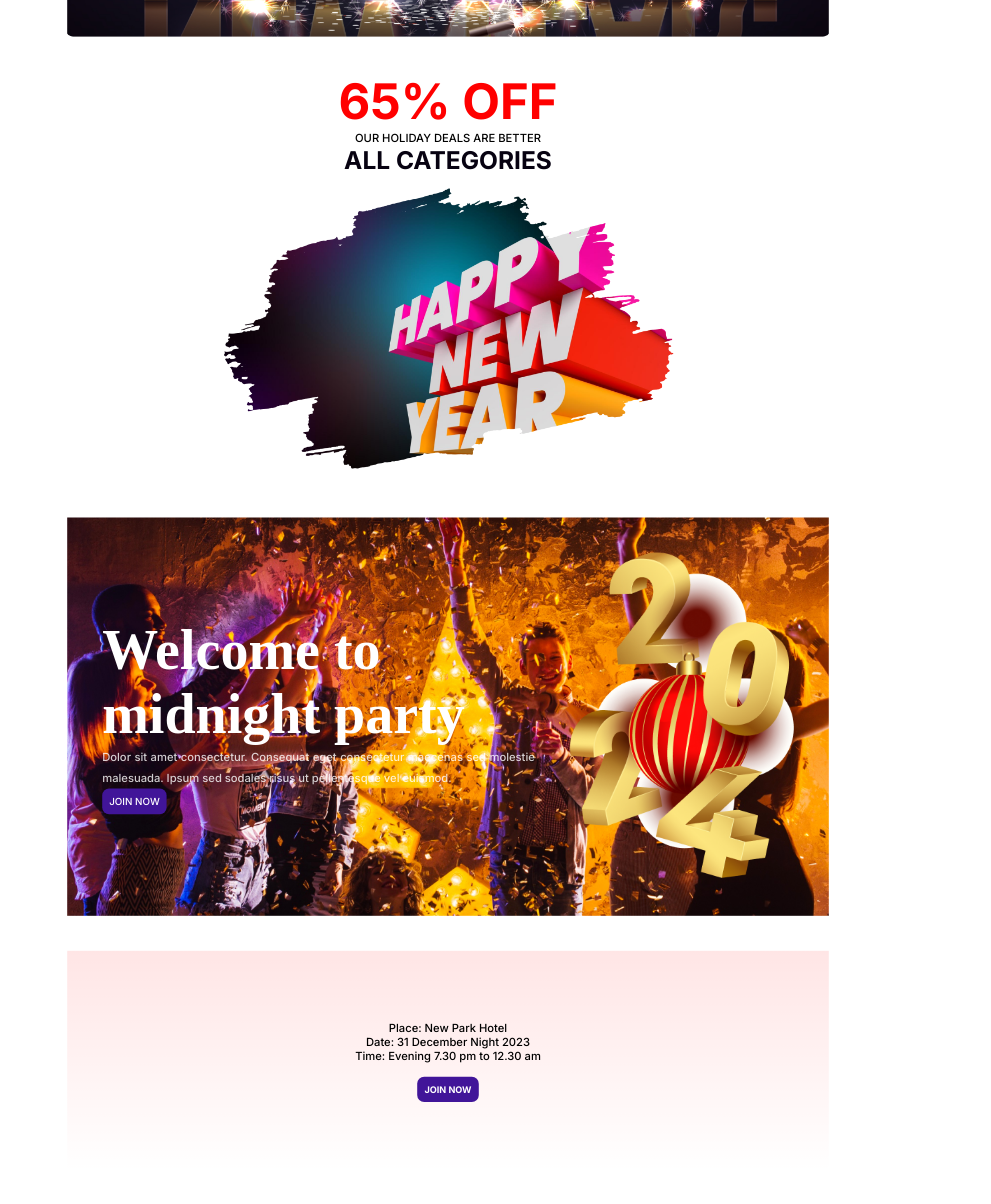
Repository: sumonkumarsarkar/new-year-2024
Page: index.html
An editor plug-in stored every save of this project. The page is shown before and after the next save, followed by the edit.
The browser window is 1280 px wide. The page is 1416 px wide, so the pictures cover 1416 px, including what lies to the right of the window. The pictures show the part of the page from y = 495 to 2215 px (the page is 5332 px tall before and 5292 px after), at 70% of full size.

Above is the page before, as saved 2024-01-08 19:57:15.

### index.html
<!DOCTYPE html>
<html lang="en">
  <head>
    <meta charset="UTF-8" />
    <meta name="viewport" content="width=device-width, initial-scale=1.0" />
    <title>Happy Nwe Year-2024</title>
    <link rel="preconnect" href="https://fonts.googleapis.com" />
    <link rel="preconnect" href="https://fonts.gstatic.com" crossorigin />
    <link
      href="https://fonts.googleapis.com/css2?family=Inter:wght@100;200;300;500;600;700&display=swap"
      rel="stylesheet"
    />

    <link rel="stylesheet" href="https://cdnjs.cloudflare.com/ajax/libs/font-awesome/6.5.1/css/all.min.css" integrity="sha512-DTOQO9RWCH3ppGqcWaEA1BIZOC6xxalwEsw9c2QQeAIftl+Vegovlnee1c9QX4TctnWMn13TZye+giMm8e2LwA==" crossorigin="anonymous" referrerpolicy="no-referrer" />
    <link rel="stylesheet" href="/style.css" />
  </head>
  <body>
    <!-- banner-section start  -->
    <header>
      <div class="container banner">
        <div class="heading-text">
          <h4>Happy New Year</h4>
          <h3>New Year Party Celebration</h3>
        </div>
      </div>
    </header>
    <!-- banner-section end  -->

    <!-- holiday deal start  -->
    <section id="holiday-deal">
      <div class="container-holiday">
        <div class="holiday-text">
          <h2>65% OFF</h2>
          <p>OUR HOLIDAY DEALS ARE BETTER</p>
          <h4>ALL CATEGORIES</h4>
        </div>
        <div class="holiday-img">
          <img src="./image/New Year Photo.png" alt="" />
        </div>
      </div>
    </section>
    <!-- holiday deal end  -->

    <section id="midnight-section">
      <div class="container midnight-banner">
        <div class="midnight-content">
          <div class="midnight-text">
            <h3>Welcome to midnight party</h3>
            <p>
              Dolor sit amet consectetur. Consequat eget consectetur maecenas
              sed molestie malesuada. Ipsum sed sodales risus ut pellentesque
              vel euismod.
            </p>
            <button type="button">JOIN NOW</button>
          </div>
          <div class="midmight-img">
            <img src="./image/Group 70.png" alt="" />
          </div>
        </div>
      </div>
    </section>

     <!-- park hotel start  -->
<section id="park-hotel">
    <div class="container park-hotel-text">
     <p>Place: New Park Hotel</p>
     <p>Date: 31 December Night 2023</p>
     <p>Time: Evening 7.30 pm to 12.30 am</p>
     <button class="park-hotel-button" type="button">JOIN NOW</button>
    </div>
</section>
 <!-- park hotel end  -->


 <!-- best offer start  -->
 <section id="best-offer">
    <div class="container best-banner">
        <div class="best-offer-text">
            <div class="offer-text">
                <h5>NEW BEST OFFER</h5>
                <h4>Coming Soon</h4>
                <p>Dolor sit amet consectetur. Consequat eget consectetur maecenas sed molestie malesuada. Ipsum sed sodales risus ut pellentesque vel euismod. </p>
            </div>
            <div class="offer-img">
                <img src="./image/Ellipse 1.png" alt="">
            </div>
            <div class="offer-text-img">
                <h3>2024</h3>
                <p>Dolor sit amet consectetur. Consequat eget consectetur maecenas sed.</p>
                <img src="./image/Group 96.png" alt="">
            </div>

        </div>
    </div>
 </section>

 <!-- best offer end  -->

 <!-- holiday best offer start  -->

 <section id="holiday-offer">
    <div class="container">
        <div class="holiday-offer-text">
            <h5>WHAT IS FUNCTIONAL</h5>
            <h3><span>Holidays</span> Sale 50%</h3>
            <p>Dolor sit amet consectetur. Consequat eget consectetur maecenas sed
                molestie malesuada. Ipsum sed sodales risus ut pellentesque vel euismod. Eleifend nunc purus quam id fermentum amet amet sit consectetur.</p>
        </div>

        <div class="holiday-img">
            <div class="div3">
                <img src="./image/Group 75.png" alt="">
            </div>
            <div class="div1">
                <img src="./image/Group 44.png" alt="">
            </div>
            <div class="div2">
                <img src="./image/Rectangle 1.png" alt="">
            </div>
        </div>
        <div class="holiday-img-end">

            <div class="div4">
                <img src="./image/Rectangle 2.png" alt="">
            </div>
        </div>


    </div>
 </section>
 <!-- holiday best offer end  -->

 <!-- portfolio section start  -->

<section id="fortfolio">
    <div class="container">
        <div class="protfolio-text-image">
            <div class="protfolio-text">
                   <h5>THE BEST GIFTS</h5>
                   <h4>Our Awesome Portfolio</h4>
                   <p>Dolor sit amet consectetur. Consequat eget consectetur maecenas sed molestie malesuada. Ipsum sed sodales risus ut pellentesque vel euismod. </p>
            </div>
            <div class="protfolio-image">
                <div class="image-div">
                    <img src="./image/Rectangle 3.png" alt="">
                    <img src="./image/Rectangle 4.png" alt="">
                    <img src="./image/Rectangle 5.png" alt="">
                </div>
                <div class="image-div">
                    <img src="./image/Rectangle 6.png" alt="">
                    <img src="./image/Rectangle 7.png" alt="">
                    <img src="./image/Rectangle 8.png" alt="">
                </div>

            </div>
        </div>
    </div>
</section>
 <!-- portfolio section end -->



 <section id="subscribe">
    <div class="container subscribe-banner">
        <div class="subscribe-content">
           <div class="subscribe-image">
            <img src="./image/Group 61.png" alt="">
           </div>
           <div class="subscribe-text">
            <h3>Subscribe Newsletter</h3>
            <p>Dolor sit amet consectetur. Consequat eget consectetur maecenas sed molestie malesuada. Ipsum sed sodales risus ut pellentesque vel euismod.</p>
           </div>

           <div class="subscribe-input">
            <input  type="email" placeholder="user@gmail.com">
            <button class="subscribe-button" type="submit">subscribe</button>
           </div>
        </div>
    </div>
 </section>

 <footer>
    <div class="footer-cntainer">
        <div class="footer-text">
            <div class="nornal-text">
                <p>44, Big Building Roosevelt Street</p>
                    <p>Beach Gardens Florida 33410</p>
            </div>
            <div class="icon-text">
                <p><span><i class="fa-solid fa-phone"></i></span> +00 123 584 124</p>
                <p><span><i class="fa-solid fa-globe"></i></span>www.website.com</p>
            </div>
        </div>
        <hr>
        <div class="icon-img">
           <img src="./image/Facebook.png" alt="">
           <img src="./image/Instagram.png" alt="">
           <img src="./image/Twitter.png" alt="">
           <img src="./image/Linkedin.png" alt="">
        </div>
       <div class="footer-last-text">
         <p>017, All Rights Reserved</p>
          <p>unsubscribe</p>
       </div>

    </div>
 </footer>


  </body>
</html>

### style.css
* {
    margin: 0;
    padding: 0;
}

body {
    font-family: "Inter", sans-serif;
    width:100%;
    max-width:1320px;
}

/* banner section end  */
.container{
    max-width:1240px;
    width: 85%;
    margin: 50px auto;
}

.banner {
    background-image: url(./image/Banner\ Image.png);
    background-position: center;
    background-repeat: no-repeat;
    background-size: cover;
}

.heading-text {
    text-align: center;
    justify-content: center;
    padding: 177px 300px;
}

.heading-text h3 {
    color: #fff;
    text-align: center;
    font-family: Merriweather;
    font-size: 50px;
    font-style: normal;
    font-weight: 900;
}

.heading-text h4 {
    color: #fff;
    text-align: center;
    font-family: Merriweather;
    font-size: 25px;
    font-style: normal;
    font-weight: 400;
    line-height: normal;
}

/* banner section end  */

/* holiday -section start  */
.container-holiday {
    width: 85%;
    max-width: 680px;
    margin: 0 auto;
}

.container-holiday .holiday-text {
    text-align: center;

}

.holiday-text h2 {
    color: #f00;
    text-align: center;
    font-family: Inter;
    font-size: 70px;
    font-style: normal;
    font-weight: 700;
    line-height: normal;
}

.holiday-text h5{
    color: #f00;
    text-align: center;
    font-family: Inter;
    font-size:16px;
    font-style: normal;
    font-weight: 700;
    line-height: normal;
}

.holiday-text h4 {
    color: #070211;

    text-align: center;
    font-family: Inter;
    font-size: 35px;
    font-style: normal;
    font-weight: 700;
    line-height: normal;
}

.container-holiday .holiday-img img{
    text-align: center;
    width:750px;
    height:400px;
    margin: 0 auto;
    padding: 20px;
}

/* holiday -section start  */

/* midnight party start  */

.midnight-banner {
    background-image: url("./image/Vectorrr.png");
    background-position: center;
    background-repeat: no-repeat;
    background-size: cover;
}

.midnight-content {
    display: flex;
    justify-content: space-between;
    align-items: center;
}

.midnight-text {
    padding: 50px 0px 50px 50px;
    align-items: center;
}

.midnight-text h3 {
    align-items: center;
    color: #fff;
    font-family: Merriweather;
    font-size: 80px;
    font-style: normal;
    font-weight: 900;


}

.midnight-text p {
color: rgba(255, 255, 255, 0.80);
font-family: Inter;
font-size: 16px;
font-style: normal;
font-weight: 400;
line-height: 30px;
text-align: justify;
}

button {
    color: #FFF;
    text-align:center;
    font-family: Inter;
    font-size: 14px;
    font-style:normal;
    font-weight: 400;
    line-height: normal;
    text-transform:uppercase;
    background:#411599;
    border-radius: 10px;
    border:none;
    padding: 10px 10px;
}
button:hover{
    background: skyblue;
    transition: 1s;

}

.midmight-img{
    padding:50px 50px ;
}

/* midnight party end */




/* park hotel start */

.park-hotel-text{
 background: linear-gradient(180deg, rgba(255, 0, 0, 0.10) 0%, rgba(255, 0, 0, 0.00) 100%);
 text-align: center;
 margin:0 auto;
 padding: 100px 0px;
}

.park-hotel-button{
color: #FFF;
text-align: center;
font-family: Inter;
font-size: 13px;
font-style: normal;
font-weight: 700;
line-height: normal;
text-transform: uppercase;
background:#411599;
margin-top: 20px;


}
/* park hotel end */


/* best offer start  */

.best-offer-text{
    display: flex;
    justify-content: space-between;
    align-items: center;
}
.best-banner{
    background: #FFF;
    margin-top: 50px;
}
.offer-text h5{
color: #F00;
font-family: Inter;
font-size: 16px;
font-style: normal;
font-weight: 500;
line-height: normal;
}
.offer-text h4{
    color: #070211;
    font-family: Merriweather;
    font-size:30px;
    font-style: normal;
    font-weight: 900;
    line-height: normal;
    text-transform: capitalize;
}
.offer-text p{
color: rgba(7, 2, 17, 0.60);
font-family: Inter;
font-size: 16px;
font-style: normal;
font-weight: 400;
padding: 10px 10px 10px 0px;
text-align: justify;

}
.offer-img img{
border-radius:200px;
border: 10px solid #F00;
padding: 10px;
width: 250px;


}
.offer-text-img{
    text-align: center;

}
.offer-text-img h3{
font-size: 48px;
font-style: normal;
font-weight: 700;
line-height: normal;
color: #f00;
padding-bottom: 20px;

}
.offer-text-img p{
    color: rgba(7, 2, 17, 0.60);

    font-family: Inter;
    font-size: 16px;
    font-style: normal;
    font-weight: 400;
    padding-bottom: 20px;
    text-align: justify;

}



/* best offer end */

 /* holiday offer section start  */
.holiday-offer-text{
    text-align: center;
}
.holiday-offer-text h5{
font-size: 16px;
font-style: normal;
font-weight: 500;
line-height: normal;
padding: 5px 200px;
}
.holiday-offer-text h3{
    color: #070211;
    font-family: Merriweather;
    font-size: 40px;
    font-style: normal;
    font-weight: 900;
    line-height: normal;
    padding: 5px 200px;
}
.holiday-offer-text p{
color: rgba(7, 2, 17, 0.60);
text-align: center;
font-family: Inter;
font-size: 16px;
font-style: normal;
font-weight: 500;
padding: 5px 100px;
text-align: justify;
}
span{
    color: #f00;
}

.holiday-img{
display: flex;
position:relative;
}
.holiday-img .div1 img{
position: relative;
z-index: 1;
top:90px;
right:-100px;

}
.holiday-img .div2 img{
    position: absolute;
    width:500px;
    height: 400px;


}
.holiday-img .div3 img{
    position: absolute;
    left:0;
    top:200px;
    width:400px;
    z-index: 1;
}
.holiday-img .div4 img{
    position:absolute;
    left:0;
    top:400px;
    width:995px;
    height: 105px;


}
#holiday-offer{
     margin-bottom: 50px;
}








 /* holiday offer section end  */

/* portfolio section start  */

.protfolio-text h5{
color: #F00;
font-family: Inter;
font-size: 16px;
font-style: normal;
font-weight: 500;
line-height: normal;
margin-bottom: 10px;

}
.protfolio-text h4{
    color: #070211;
    font-family: Merriweather;
    font-size: 30px;
    font-style: normal;
    font-weight: 900;
    line-height: normal;
    text-transform: capitalize;
    margin-bottom: 10px;
}
.protfolio-text p{
color: rgba(7, 2, 17, 0.60);
font-family: Inter;
font-size: 16px;
font-style: normal;
font-weight: 400;
line-height: 32px;
margin-bottom: 10px;
text-align: justify;
}
.image-div{
    display: flex;
    justify-content:space-between;
    margin: 10px 0;

}

.image-div img{
   width:350px;
   height: 350px;

}
/* portfolio section end  */


/* subscribe section start  */

.subscribe-banner{
border-radius:16px;
background: rgba(255, 0, 0, 0.05);

}
.subscribe-content{
padding:100px 0;
text-align: center;
}
.subscribe-text h3{
color: #070211;
text-align: center;
font-family: Merriweather;
font-size:40px;
font-style: normal;
font-weight: 900;
line-height: normal;
text-transform: capitalize;
}
.subscribe-text p{
    color: rgba(7, 2, 17, 0.60);
    text-align: center;
    font-family: Inter;
    font-size: 16px;
    font-style: normal;
    font-weight: 400;
    line-height: 32px;
    padding: 10px 100px;
    text-align: justify;
}

.subscribe-button{
color: #FFF;
text-align: center;
font-family: Inter;
font-size: 18px;
font-style: normal;
font-weight: 600;
line-height: normal;
text-transform: capitalize;
background: #F00;
border-radius:0px 50px 50px 0px;
padding: 13px;

}

.subscribe-input input{
display:inline-block;
border:none;
padding:15px;
width: 250px;
border-radius:50px 0px 0px 50px;
}
/* subscribe section end  */



/* footer section start  */
.footer-cntainer{
    width:100%;
    max-width:1320px;
    background: #070211;


}
.nornal-text p{
font-size: 16px;
font-style: normal;
font-weight: 500;
line-height: 40px;
color: #FFF;
text-align: justify;
}
.footer-text{
    display: flex;
    margin: 0 auto;
    justify-content: space-around;
    padding:50px 100px;


}
.icon-img{
    display: flex;
    justify-content: center;
    align-items: center;
    margin-top:50px;
}
.icon-img img{
    margin: 10px;
}
.icon-text{
 font-size: 16px;
font-style: normal;
font-weight: 500;
line-height: 40px;
color: #FFF;
}

.footer-last-text{
    display: flex;
    justify-content: space-between;
}
.footer-last-text p{
padding: 100px;
font-size: 16px;
font-style: normal;
font-weight: 500;
line-height: normal;
color: #FFF;
text-align: justify;
}
hr{
    width: 50%;
    color: #19065d;
    margin: 0 auto;

}

/* footer section end  */

After the next save:
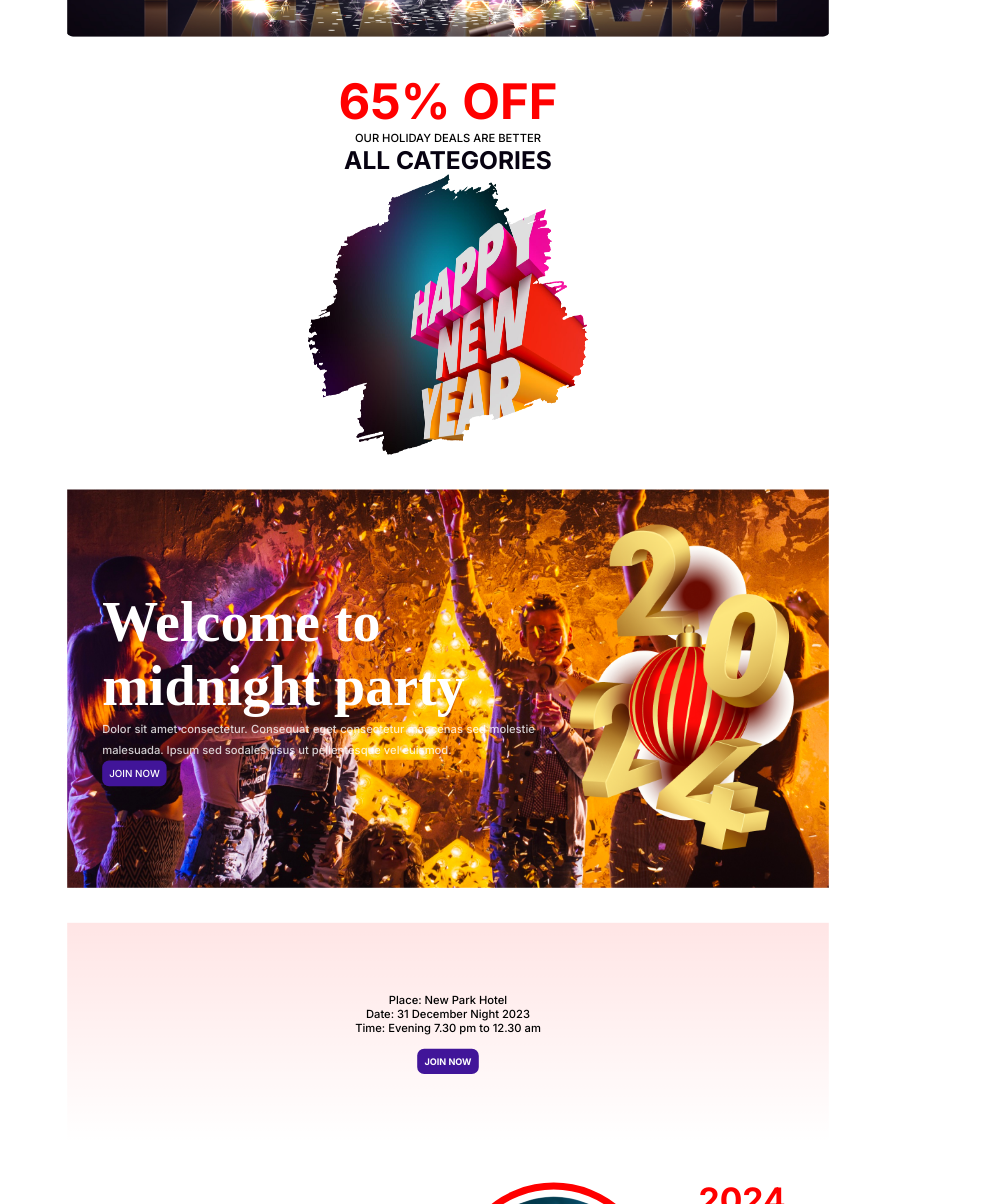
Saved 27 s later.
--- a/style.css
+++ b/style.css
@@ -95,10 +95,9 @@ body {
 
 .container-holiday .holiday-img img{
     text-align: center;
-    width:750px;
+    width:400px;
     height:400px;
     margin: 0 auto;
-    padding: 20px;
 }
 
 /* holiday -section start  */
@@ -233,7 +232,7 @@ font-family: Inter;
 font-size: 16px;
 font-style: normal;
 font-weight: 400;
-padding: 10px 10px 10px 0px;
+padding: 10px 100px 10px 0px;
 text-align: justify;
 
 }
@@ -242,7 +241,6 @@ border-radius:200px;
 border: 10px solid #F00;
 padding: 10px;
 width: 250px;
-
 
 }
 .offer-text-img{
